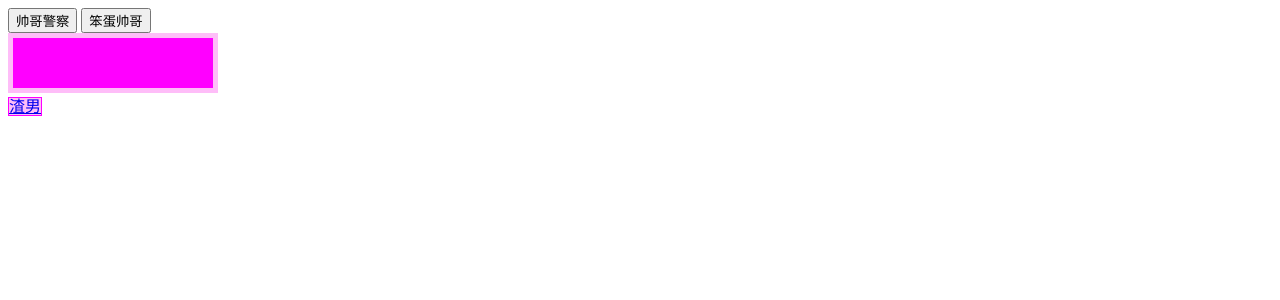
Repository: HyunraDate/BoAn
Page: 操作div和span.html
These files come from the project's save history. The page is drawn as it stood at one moment and after the next save; the edit follows.
The browser window is 1280 px wide. The pictures show the whole page.
After loading, the first visible `#spanbtn` was clicked once.

Above is the page before, as saved 2023-01-26 16:39:26.

### 操作div和span.html
<!DOCTYPE html>
<html>
    <head>
        <meta charset="utf-8">
        <title>帅哥警察div和笨蛋帅哥span</title>
        <style type="text/css">
            #div1 {
                background-color: fuchsia;
                border: 5px solid #febdf8;
                width: 200px;
                height:50px;
            }
            #span1 {
                background-color: #febdf8;
                border: 1px solid fuchsia;
                width: 200px;
            }

        </style>
    </head>

    <body>
        <script type="text/javascript">
            window.onload = function(){
                document.getElementById("btn").onclick = function(){
                    //设置div内容
                    var divElt = document.getElementById("div1");
                    //通过元素的innerHTML属性设置内部的内容
                    //innerHTML是属性，不是方法
                    //innerHTML属性将后面的字符串当作一段HTML代码解释并执行！
                    divElt.innerHTML ="<font color = '#89CFF0'>高析羽</font>";

                    //innerText auch 元素中的内容
                    //innerText 后面的字符串即使是一个HTML代码，也不会当作HTML执行，只是看作普通文本（Unterscheid von innerHTML）
                    //divElt.innerText ="<font color = '#89CFF0'>高析羽</font>";

                }

                var spanbtn = document.getElementById("spanbtn");
                spanbtn.onclick = function(){
                    var span1 = document.getElementById("span1");
                    span1.innerHTML="<a href='https://colors-picker.com/hex-color-picker/'>渣男</a>";

                }
            }
        </script>

        <input type="button" id="btn" value="帅哥警察"/>
        <input type="button" id="spanbtn" value="笨蛋帅哥"/>

        <!--div独占一行！-->
        <div id="div1"></div>

        <!--span的大小会随着span中的内容多少而变化-->
        <span id="span1"></span>
    </body>
</html>

After the next save:
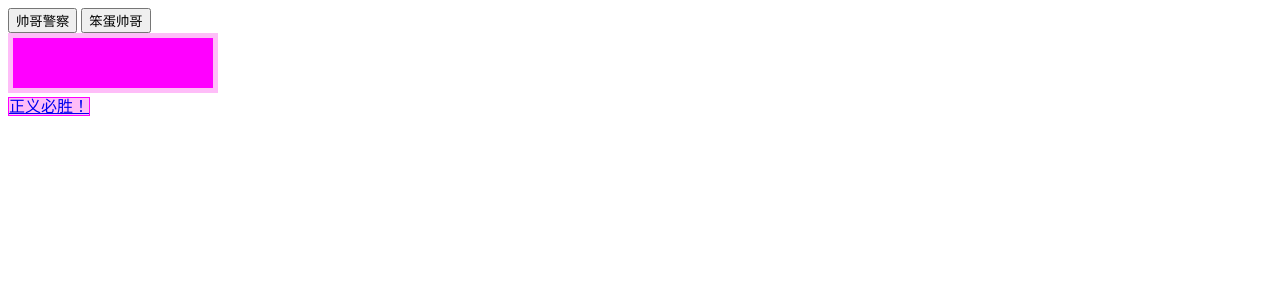
Saved 395 days later.
--- a/操作div和span.html
+++ b/操作div和span.html
@@ -39,7 +39,7 @@
                 var spanbtn = document.getElementById("spanbtn");
                 spanbtn.onclick = function(){
                     var span1 = document.getElementById("span1");
-                    span1.innerHTML="<a href='https://colors-picker.com/hex-color-picker/'>渣男</a>";
+                    span1.innerHTML="<a href='https://colors-picker.com/hex-color-picker/'>正义必胜！</a>";
 
                 }
             }
